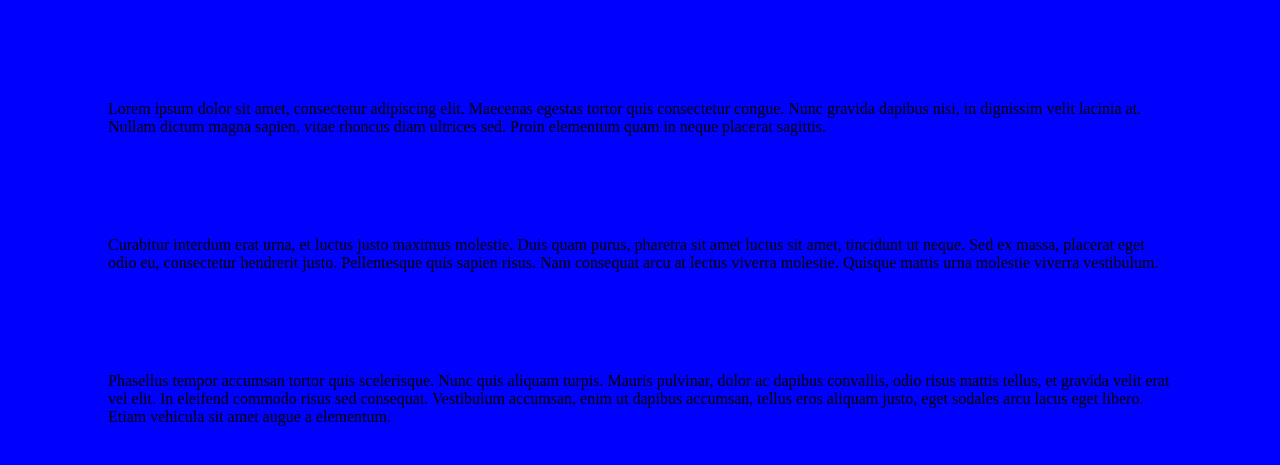
Repository: Nnetterz/Nnetterz.github.io
Page: index.html
The author's editor kept a record of every edit. The page is drawn from the files as they stood at one moment, then again after the next edit.
The browser window is 1280 px wide. The pictures show the whole page.

Above is the page before.

After the next edit:
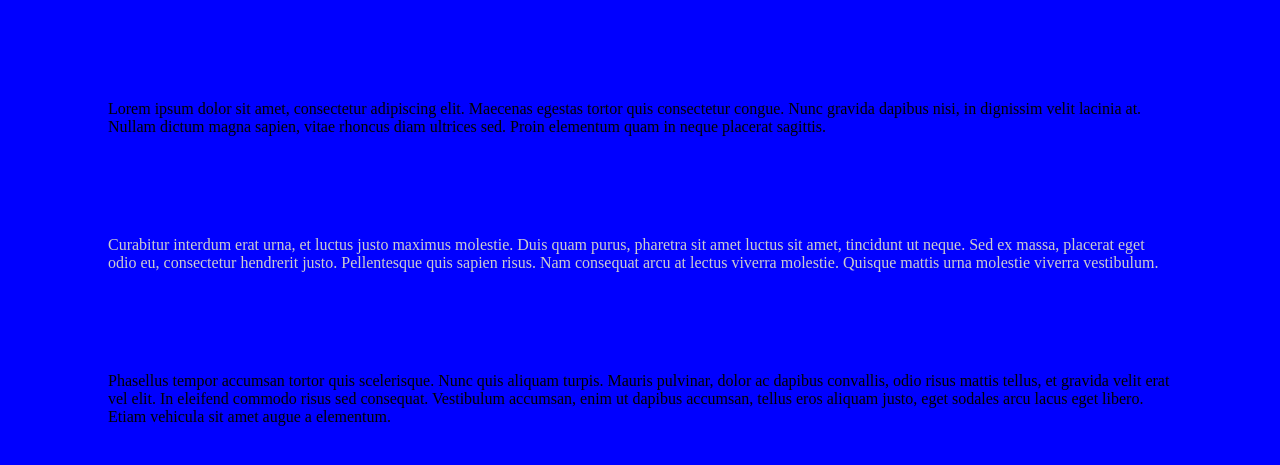
The edit:
--- a/index.html
+++ b/index.html
@@ -8,7 +8,7 @@
 
         <p>Lorem ipsum dolor sit amet, consectetur adipiscing elit. Maecenas egestas tortor quis consectetur congue. Nunc gravida dapibus nisi, in dignissim velit lacinia at. Nullam dictum magna sapien, vitae rhoncus diam ultrices sed. Proin elementum quam in neque placerat sagittis.</p>
 
-       <p> Curabitur interdum erat urna, et luctus justo maximus molestie. Duis quam purus, pharetra sit amet luctus sit amet, tincidunt ut neque. Sed ex massa, placerat eget odio eu, consectetur hendrerit justo. Pellentesque quis sapien risus. Nam consequat arcu at lectus viverra molestie. Quisque mattis urna molestie viverra vestibulum.</p>
+       <p class="paragraph2"> Curabitur interdum erat urna, et luctus justo maximus molestie. Duis quam purus, pharetra sit amet luctus sit amet, tincidunt ut neque. Sed ex massa, placerat eget odio eu, consectetur hendrerit justo. Pellentesque quis sapien risus. Nam consequat arcu at lectus viverra molestie. Quisque mattis urna molestie viverra vestibulum.</p>
 
        <p>Phasellus tempor accumsan tortor quis scelerisque. Nunc quis aliquam turpis. Mauris pulvinar, dolor ac dapibus convallis, odio risus mattis tellus, et gravida velit erat vel elit. In eleifend commodo risus sed consequat. Vestibulum accumsan, enim ut dapibus accumsan, tellus eros aliquam justo, eget sodales arcu lacus eget libero. Etiam vehicula sit amet augue a elementum.</p>
 
